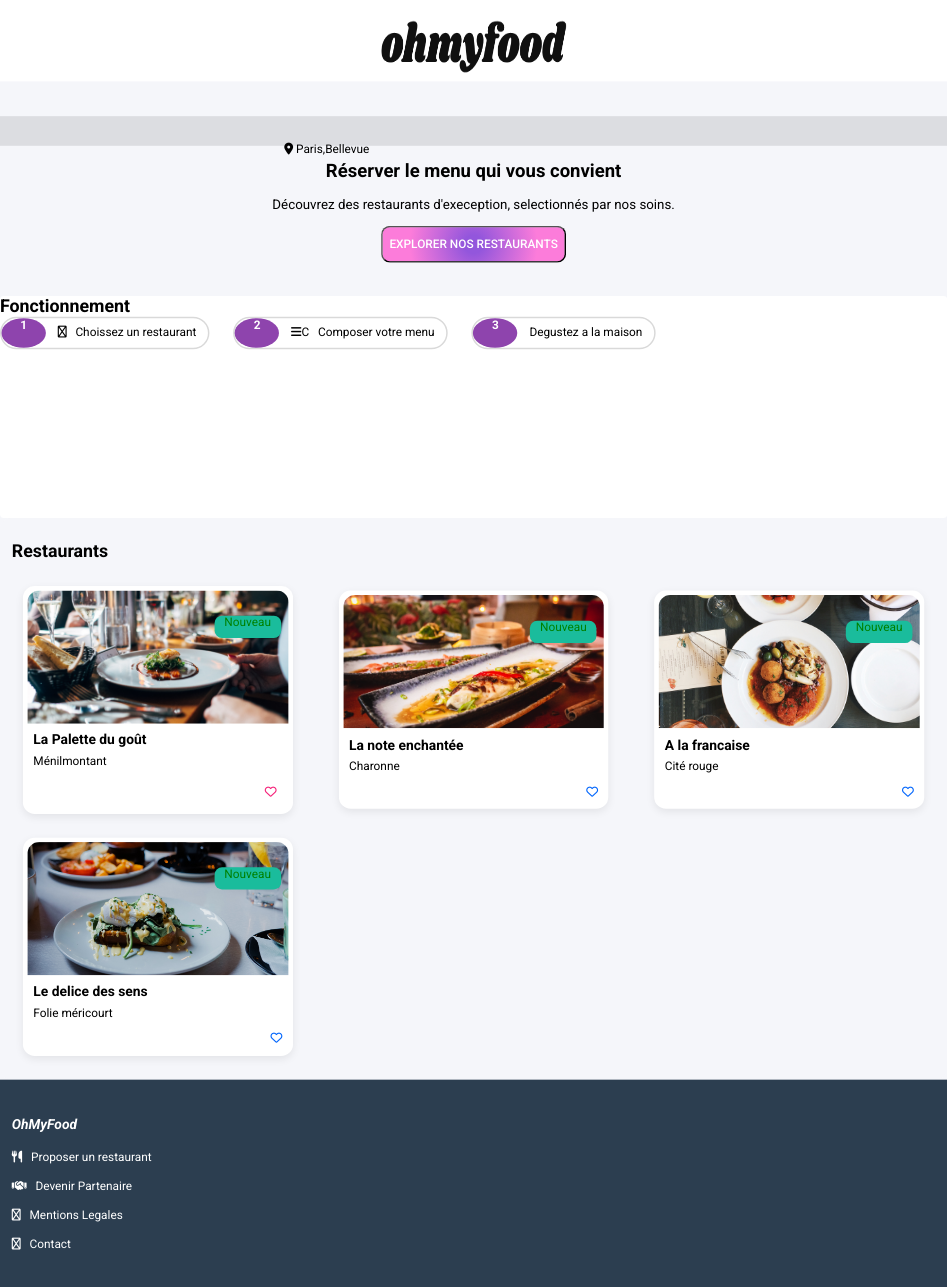
Repository: ultraasedev/ohmyfood
Page: index.html
An editor plug-in stored every save of this project. The page is shown before and after the next save, followed by the edit.
The browser window is 1280 px wide. The pictures show the whole page, at 74% of full size.
Some web fonts or font styles are not loaded; a fallback is used. Some web libraries are served in a nearby version.

Above is the page before, as saved 2022-10-27 18:49:17.

### index.html
<!doctype html>
<html lang="fr">
    <head>
        <meta charset="UTF-8">
        <meta name="viewport" content="width=device-width,minimum-scale=1,initial-scale=1,maximum-scale=2">

      <title>Ohmyfood!  - Home</title>
       <meta name="description" content="Ohmyfood! est une entreprise de commande de repas en ligne. Notre concept permet aux
       utilisateurs de composer leur propre menu et réduire leur temps d’attente dans les
       restaurants car leur menu est préparé à l’avance. Plus de perte de temps à consulter la carte"/>
       <meta property="og:site_name" content="Ohmyfood!  - est une entreprise de commande de repas en ligne. Notre concept permet aux
       utilisateurs de composer leur propre menu et réduire leur temps d’attente dans les
       restaurants car leur menu est préparé à l’avance. Plus de perte de temps à consulter la carte" />
       <meta property="og:description" content="est une entreprise de commande de repas en ligne. Notre concept permet aux
       utilisateurs de composer leur propre menu et réduire leur temps d’attente dans les
       restaurants car leur menu est préparé à l’avance. Plus de perte de temps à consulter la carte" />




       <link type="text/css" rel="stylesheet" href="css/normalize.css"/>
       <link type="text/css" rel="stylesheet" href="css/all.min.css"/>
       <link type="text/css" rel="stylesheet" href="css/fontawesome.min.css"/>
       <link rel="preconnect" href="https://fonts.googleapis.com">
        <link rel="preconnect" href="https://fonts.gstatic.com" crossorigin>
       <link href="https://fonts.googleapis.com/css2?family=Roboto:ital,wght@0,100;0,300;0,400;0,500;0,700;0,900;1,100;1,300;1,400;1,500;1,700;1,900&family=Shrikhand&display=swap" rel="stylesheet">
       <script   src="https://kit.fontawesome.com/f132f25ed3.js" crossorigin="anonymous"></script>

       <link type="text/css" rel="stylesheet" href="css/style.css" />



       </head>

       <body>
<!--Nav + Logo-->
   <div class="nav">
    <div class="logo">
      <img src="images/logo/ohmyfood.png" alt="Ohmyfood !" class="logo"/>
    </div>
   </div>


<!--Header-->
<header>
  <!--Location-->
 <div class="location">
  <div class="villeloca"><p><i class="fa-sharp fa-solid fa-location-dot"></i> Paris,Bellevue</p></div>
</div>

  <div class="head-cont">
    <h2>Réserver le menu qui vous convient</h2>
    <p>Découvrez des restaurants d'exeception, selectionnés par nos soins.</p>

    <button class="btn-nav">
      Explorer nos restaurants
    </button>
  </div>
</header>

<!--Fonctionnement-->
<section class="cont-fonc">
  <h2>Fonctionnement</h2>

  <div class="ctn-filtres">

    <div class="filtres">
      <div class="circle-inf">1</div>
      <p><i class="fa-regular fa-phone"></i>&nbsp;&nbsp;&nbsp;Choissez un restaurant</p>
    </div>

    <div class="filtres">
      <div class="circle-inf">2</div>
      <p><i class="fa-solid fa-bars"></i>C&nbsp;&nbsp;&nbsp;Composer votre menu</p>
    </div>

    <div class="filtres">
      <div class="circle-inf">3</div>
      <p>Degustez a la maison</p>
    </div>


  </div>

</section>
<!--Fonctionnement-->

<!--Restau 1-->
<section class="cont-art">
  <h2>Restaurants</h2>

  <!-- Card 1 -->
              <article class="resto-card">
                <a href="#">
                  <img
                    src="./images/restaurants/jay-wennington-N_Y88TWmGwA-unsplash.jpg"
                    alt="Photo de l'hébergement"
                  />
                  <div class="new">Nouveau</div>
                  <h3>La Palette du goût</h3>
                  <p>Ménilmontant</p>
                  <div class="stars">
                    <i class="fa-regular fa-heart active"></i>
                  </div>
                </a>
              </article>


               <!-- Card 2 -->
               <article class="resto-card">
                <a href="#">
                  <img
                    src="./images/restaurants/louis-hansel-shotsoflouis-qNBGVyOCY8Q-unsplash.jpg"
                    alt="Photo de l'hébergement"
                  />
                  <div class="new">Nouveau</div>
                  <h3>La note enchantée</h3>
                  <p>Charonne</p>
                  <div class="stars">
                    <i class="fa-regular fa-heart"></i>

                  </div>
                </a>
              </article>

               <!-- Card 3 -->
               <article class="resto-card">
                <a href="#">
                  <img
                    src="./images/restaurants/stil-u2Lp8tXIcjw-unsplash.jpg"
                    alt="Photo de l'hébergement"
                  />
                  <div class="new">Nouveau</div>
                  <h3>A la francaise</h3>
                  <p>Cité rouge</p>
                  <div class="stars">
                    <i class="fa-regular fa-heart"></i>
                  </div>
                </a>
              </article>

               <!-- Card 4 -->
               <article class="resto-card">
                <a href="#">
                  <img
                    src="./images/restaurants/toa-heftiba-DQKerTsQwi0-unsplash.jpg"
                    alt="Photo de l'hébergement"
                  />
                  <div class="new">Nouveau</div>
                  <h3>Le delice des sens</h3>
                  <p>Folie méricourt</p>
                  <div class="stars">
                    <i class="fa-regular fa-heart"></i>
                  </div>
                </a>
              </article>




</section>

<!--FOOTER-->
<footer>
  <div class="container-footer">
    <div class="card-footer">
      <h3 style="font-family: 'Roboto';font-weight: 700;font-style: italic;">OhMyFood</h3>
      <!--<img src="images/logo/ohmyfood.png" alt="Ohmyfood !" height="20px" width="80px" style="margin-bottom: 10px;"/>-->
      <a href="#"><i class="fa-solid fa-utensils"></i>&nbsp;&nbsp;&nbsp;Proposer un restaurant</a>
      <a href="#"><i class="fa-solid fa-handshake"></i>&nbsp;&nbsp;&nbsp;Devenir Partenaire</a>
      <a href="#"><i class="fa-regular fa-circle-info"></i>&nbsp;&nbsp;&nbsp;Mentions Legales</a>
      <a href="#"><i class="fa-regular fa-phone"></i>&nbsp;&nbsp;&nbsp;Contact</a>

    </div>

</footer>

### css/style.css
*{
    box-sizing: border-box;
    font-family: var(--fontall);
    max-width: 1380px;

}
:root{

  /*Font*/
  --fontall: 'Roboto', sans-serif;
  --fontlg: 'Shrikhand' , cursive;

  /*color*/
  --primary: #9356DC;
  --secon: #FF79DA;
  --tert: #99E2D0;

  --greybg: #f5f6fa;

}


body{
    background-color:  var(--greybg);
    font-family: var(--fontall);
}

/* Nav*/
.nav{
  display: flex;
  height: 130px;
  width: 100%;
  background-color: #fff;
  align-items: center;
  align-content: center;
  text-align: center;
  margin-bottom: 10px;
}
/*Logo*/
.logo{
  position: relative;
  align-items: center;
  align-content: center;
  text-align: center;
  margin-right: auto;
  margin-left: auto;
}
.logo img{
  height: 70px;
  width: 250px;
}
/*Header*/
header{
  position: absolute;
  height: 300px;
  width: 100%;
  background-color: #f5f6fa;
  align-items: center;
  align-content: center;
  text-align: center;
  margin-top: -30px;
}
/*Location*/
.location{
  position: flex;
  background-color: #dcdde1;
  height: 40px;
  margin-top: -8px;
  align-items: center;
  align-content: center;
  text-align: center;
}
.location .villeloca{
  position: absolute;
  align-items: center;
  align-content: center;
  text-align: center;
  left: 30%;
}

/*Head-Cont*/

.head-cont h2{
  font-size: 25px;
  font-weight: bold;

}
.head-cont p{
  font-size: 18px;
  font-weight: 400;

}
/*Btn-nav*/
.btn-nav{
  align-items: center;
  align-content: center;
  text-transform: uppercase;
  transition: 0.5s;
  background: rgb(147,86,220);
  background: radial-gradient(circle, rgba(147,86,220,1) 10%, rgba(252,124,218,1) 69%);
  z-index: -1;
  transition: transform 400ms ease-in;
  color: #fff;
  width: 250px;
  height: 50px;
  overflow: hidden;
  text-decoration: none;
  border-radius: 12px;
 font-weight: 500;

}
/*Fonctionnement*/
.cont-fonc{
  position: relative;
  background-color: #fff;
  height: 300px;
  margin-top: 270px;
  border-radius: 5px;
}

.cont-fonc h2 {
  grid-column: 1/-1;
  margin: 0;
}
.cont-fonc .ctn-filtres {
  display: flex;
  align-items: center;
  gap: 32px;
  flex-wrap: wrap;
  margin-bottom: 32px;
}
.cont-fonc .circle-inf{
  background-color: #8e44ad;
  width: 60px;
  height: 40px;
  border-radius: 60px / 40px;
  text-align: center;
  color: #fff;
  font-weight: bold;
}
.cont-fonc .ctn-filtres .filtres{
  display: flex;
  align-items: center;
  gap: 16px;
  border: 2px solid #d9d9d9;
  border-radius: 32px;
  padding: 0 16px 0 0;
  height: 44px;
  transition: 0.2s;
  cursor: pointer;
}
/* Content Article */
.cont-art{
  background-color: #f5f6fa;
  padding: 32px 16px;
  border-radius: 16px;
  display: grid;
  grid-template-columns: repeat(3, 1fr);
  gap: 32px;
  left: 10px;
}
.cont-art h2 {
  grid-column: 1/-1;
  margin: 0;
}
.cont-art .resto-card{
  background: white;
  padding: 6px;
  border-radius: 16px;
  margin: auto;
  box-shadow: rgba(0, 0, 0, 0.08) 0px 4px 12px;
  transition: 0.2s;
  width: calc(100% - 30px);
}
.cont-art .resto-card .new{
  position: relative;
  background-color: #1abc9c;
  color: green;
  height: 30px;
  width: 90px;
  text-align: center;
  justify-content: center;
  align-items: center;
  border-radius: 10px;
  float: right;
  top: -150px;
  margin-right: 10px;
  font-weight: 400;
}
.cont-art .resto-card img {
  height: 180px;
  object-fit: cover;
  width: 100%;
  border-top-right-radius: 16px;
  border-top-left-radius:16px;
}
.cont-art .resto-card a {
  text-decoration: none;
  color: inherit;
}

.cont-art .resto-card h3 {
  margin: 8px 8px 8px;
}

.cont-art .resto-card p {
  margin: 8px 8px 8px;
}

.cont-art .resto-card .stars {
  margin: 8px 8px 8px;
  color: #0065fc;
  float: right;
}
.cont-art .resto-card .stars .active{
  margin: 8px 8px 8px;
  color: #f52179;
}

/*FOOTER*/
footer {
  background-color: #2c3e50;
  padding: 32px 16px;
  color: #fff;
}
.container-footer {
  display: flex;
  max-width: 1330px;
  margin: auto;
  font-family: "Raleway", sans-serif;
  gap: 16px;
}
.card-footer {
  display: flex;
  flex-direction: column;
  min-width: 30%;
}

.card-footer a {
  margin-top: 5px;
  margin-bottom: 16px;
  text-decoration: none;
  color: inherit;
}

.card-footer a:hover {
  text-decoration: underline !important;
}

Loaded but not shown: css/normalize.css (library); css/all.min.css (library); css/fontawesome.min.css (library)

After the next save:
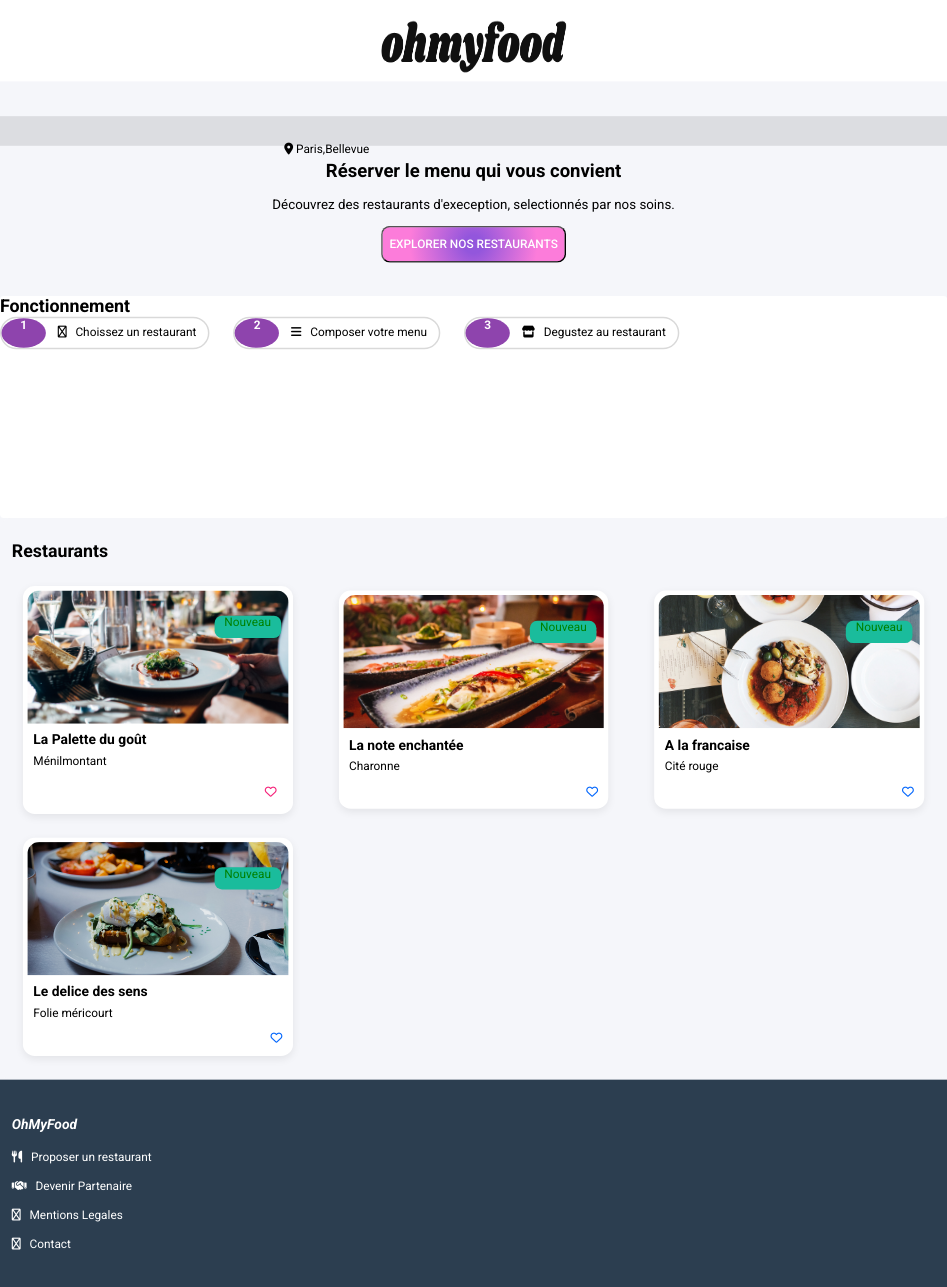
Saved 61 s later.
--- a/index.html
+++ b/index.html
@@ -71,12 +71,12 @@
 
     <div class="filtres">
       <div class="circle-inf">2</div>
-      <p><i class="fa-solid fa-bars"></i>C&nbsp;&nbsp;&nbsp;Composer votre menu</p>
+      <p><i class="fa-solid fa-bars"></i>&nbsp;&nbsp;&nbsp;Composer votre menu</p>
     </div>
 
     <div class="filtres">
       <div class="circle-inf">3</div>
-      <p>Degustez a la maison</p>
+      <p><i class="fa-solid fa-store"></i>&nbsp;&nbsp;&nbsp;Degustez au restaurant</p>
     </div>
 
 
